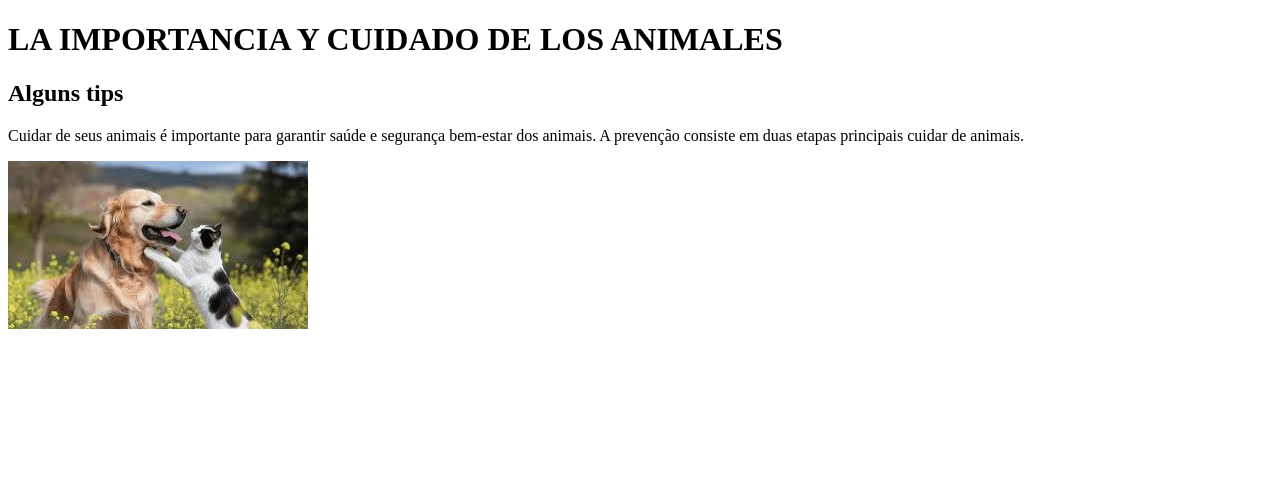
Repository: AnaFzCz/PROYECTOS-HTML---CSS2
Page: Ex_project_1/index.html
These files come from the project's save history. The page is drawn as it stood at one moment and after the next save; the edit follows.
The browser window is 1280 px wide. The pictures show the whole page.

Above is the page before, as saved 2025-01-20 06:46:14.

After the next save:
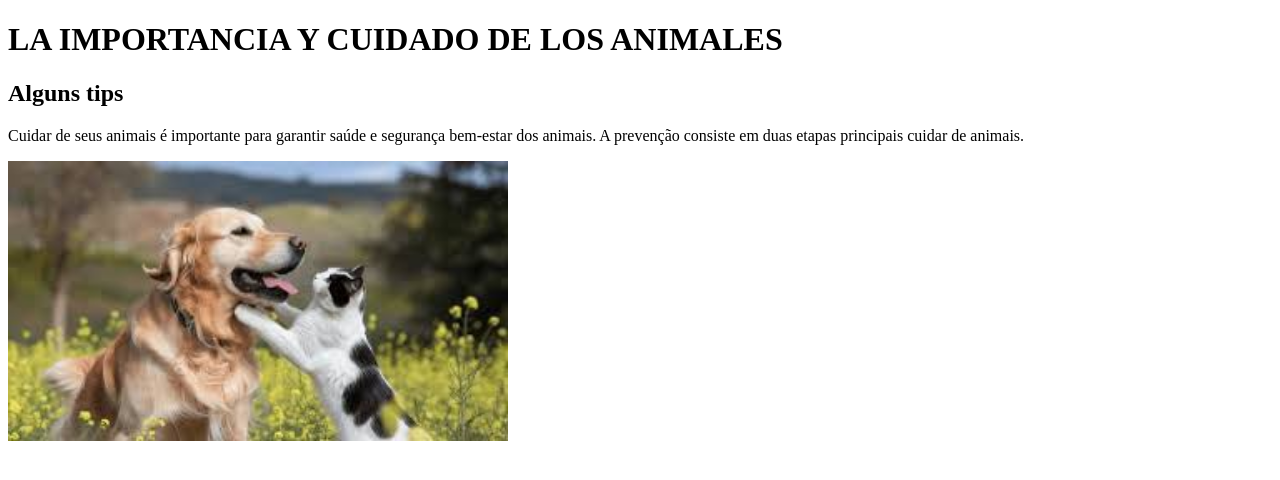
Saved 109 s later.
--- a/Ex_project_1/index.html
+++ b/Ex_project_1/index.html
@@ -7,5 +7,5 @@
     <h1>LA IMPORTANCIA Y CUIDADO DE LOS ANIMALES</h1>
     <h2>Alguns tips</h2>
     <p>Cuidar de seus animais é importante para garantir saúde e segurança bem-estar dos animais. A prevenção consiste em duas etapas principais cuidar de animais.</p>
-    <img src="animales.jpg" alt="animales" style="width: 500 px;height: auto;">
+    <img src="animales.jpg" alt="animales" style="width:500px;height: auto;">
 </body>
